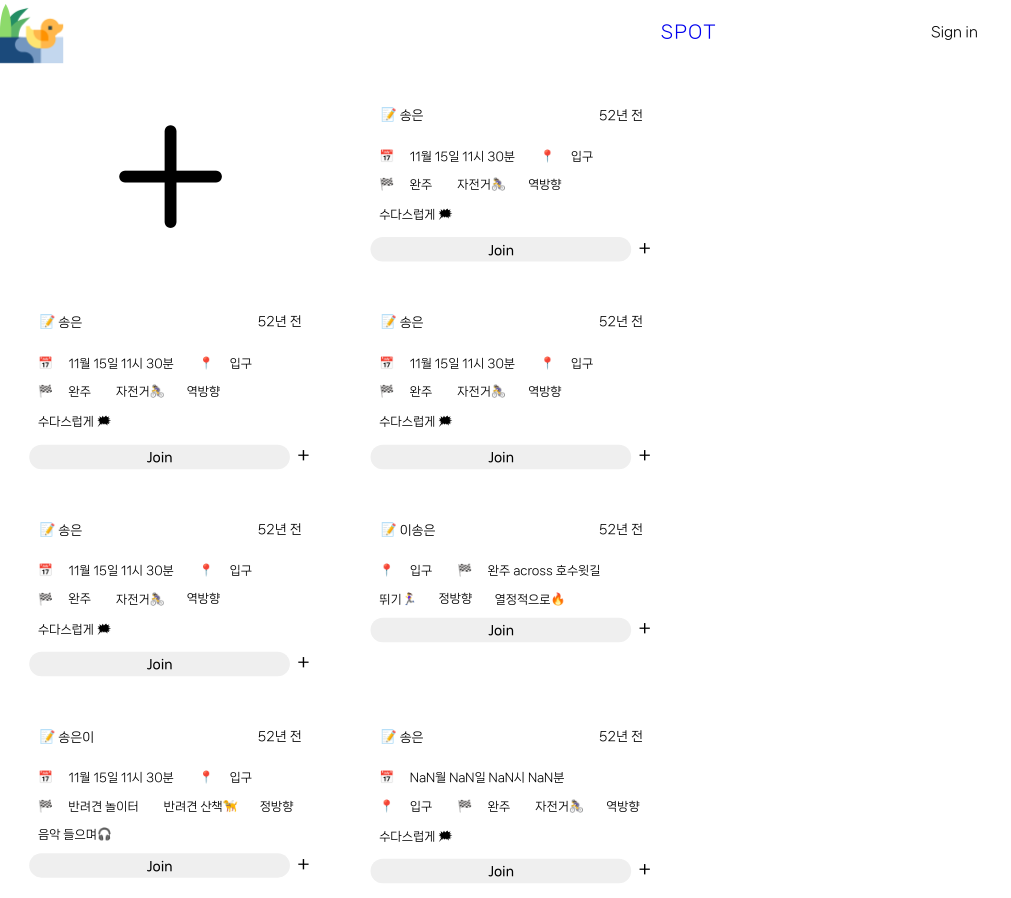
Repository: songeunleee/youngrangho
Page: /
The author's editor kept a copy of each file at every save. The page is drawn from the files as they stood at one save, then again after the next save.
The browser window is 1280 px wide. The pictures show the whole page, at 79% of full size.
The page's requests for data from a server got no answer. Some web libraries are served in a nearby version. The project was rebuilt for these pictures with package versions that can differ from the ones it lists, and the page was loaded fresh each time. Some packages were replaced by stand-ins written for this rebuild. No one was signed in, and anything a server would have sent is missing. Also part of the build but not shown: src/app.module.css, src/components/add_card/add_card.module.css, src/components/add_card/add_card.jsx, src/components/activity/activity.module.css, src/components/add_form/add_form.module.css, src/components/add_form/add_form.jsx, src/components/footer/footer.module.css, src/components/footer/footer.jsx and 10 more.

Above is the page before, as saved 2022-11-12 03:29:04.

After the next save:
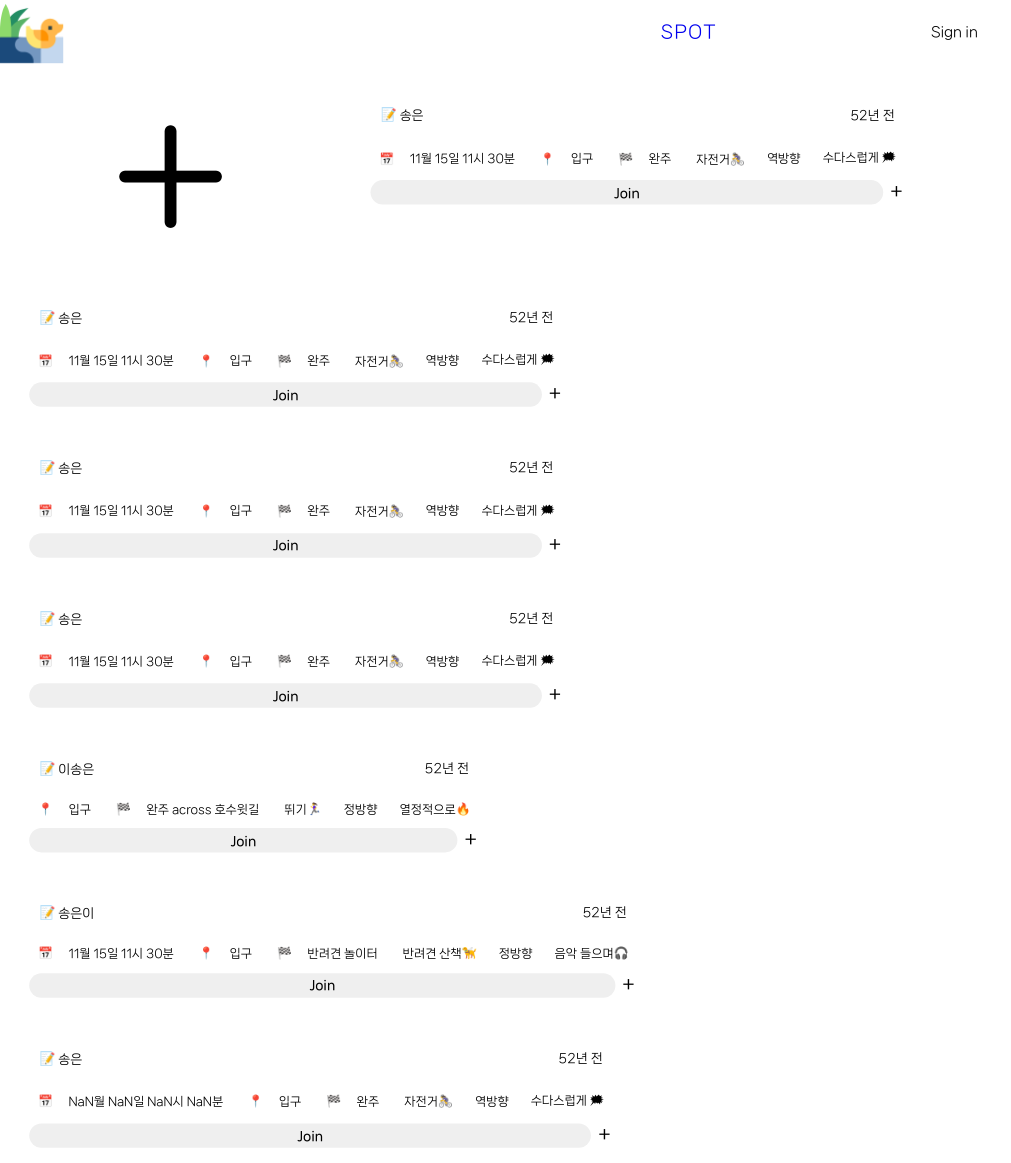
Saved 62 s later.
--- a/src/components/activity_item/activity_item.module.css
+++ b/src/components/activity_item/activity_item.module.css
@@ -8,7 +8,7 @@
   margin: 1rem 1rem;
   margin-bottom: 0;
   padding: 0.5rem 10px;
-  max-width: 380px;
+  min-width: 380px;
   justify-items: center;
 }
 

After the save that followed:
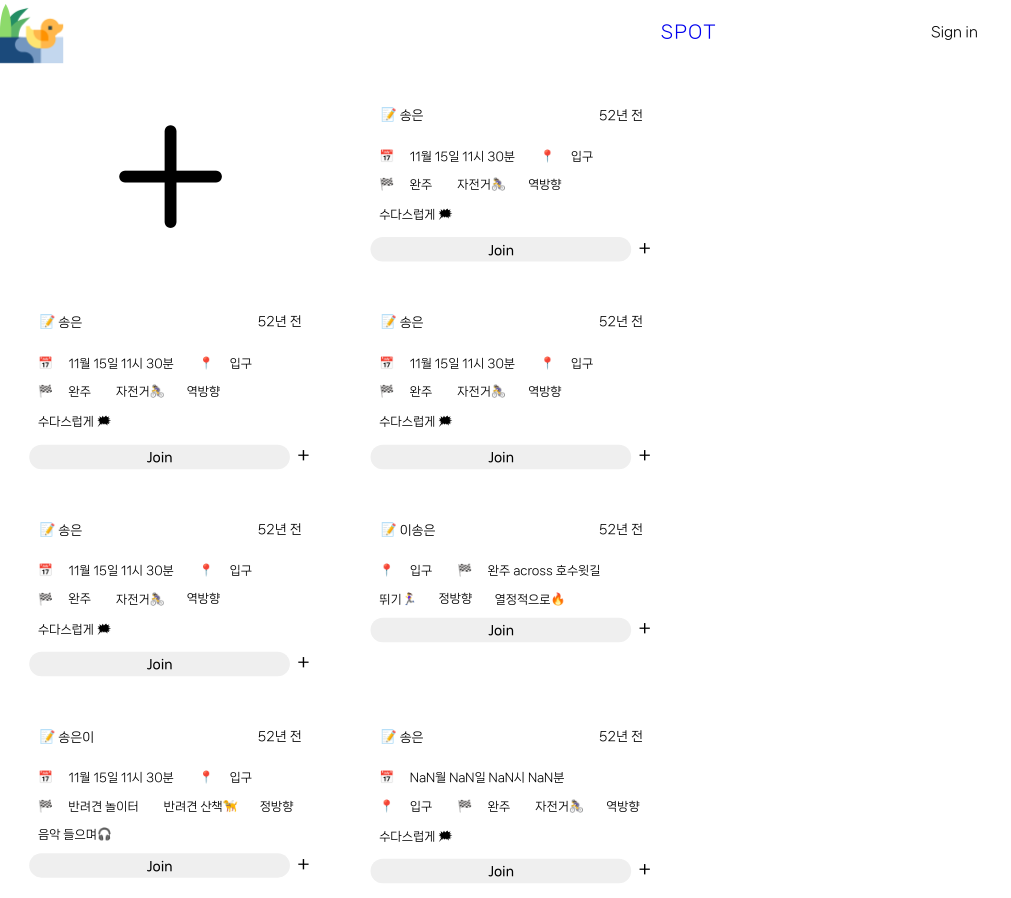
Saved 6 s later.
--- a/src/components/activity_item/activity_item.module.css
+++ b/src/components/activity_item/activity_item.module.css
@@ -8,7 +8,7 @@
   margin: 1rem 1rem;
   margin-bottom: 0;
   padding: 0.5rem 10px;
-  min-width: 380px;
+  width: 380px;
   justify-items: center;
 }
 
